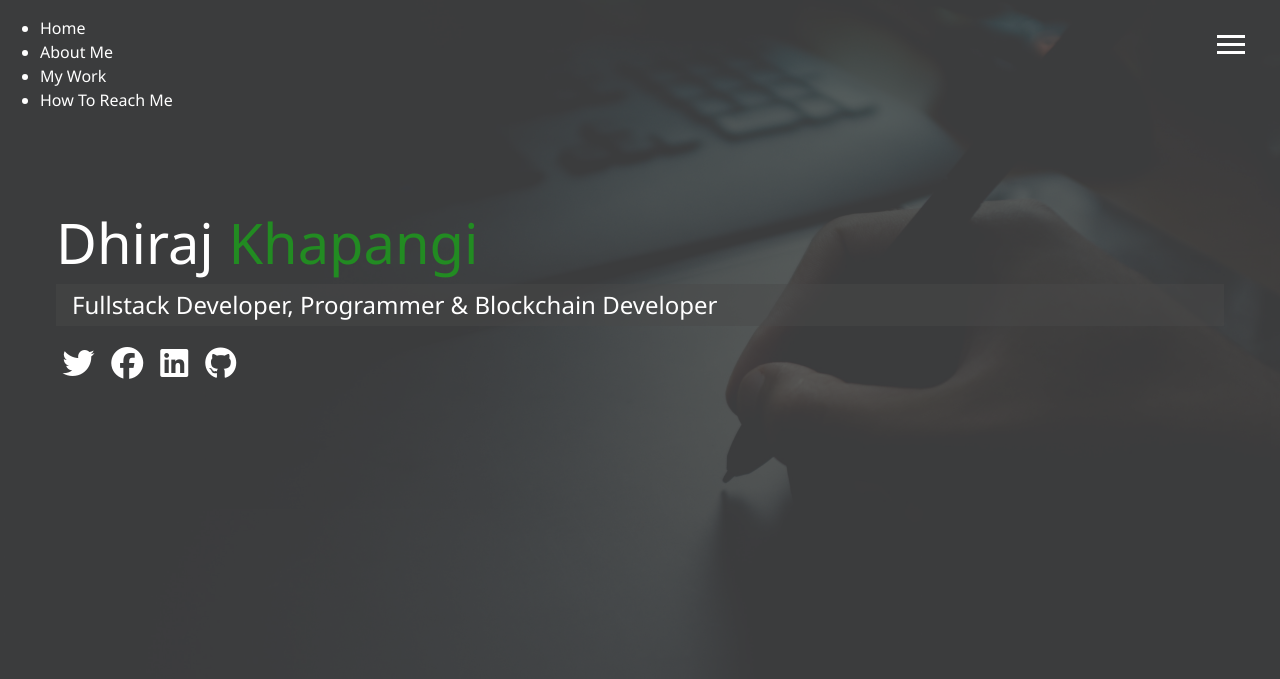
Repository: dhiraj13/modern_portfolio
Page: dist/index.html
An editor plug-in stored every save of this project. The page is shown before and after the next save, followed by the edit.
The browser window is 1280 px wide. The pictures show the whole page.
Some web libraries are served in a nearby version. The style sheet was rebuilt from its Sass, Less or Tailwind sources for each picture, by a compiler version that may differ from the author's.

Above is the page before, as saved 2020-02-01 19:13:18.

### dist/index.html
<!DOCTYPE html>
<html lang="en">
	<head>
		<meta charset="UTF-8" />
		<meta name="viewport" content="width=device-width, initial-scale=1.0" />
		<meta http-equiv="X-UA-Compatible" content="ie=edge" />
		<link rel="stylesheet" href="css/main.css" />
		<script
			src="https://kit.fontawesome.com/48fd9e03c9.js"
			crossorigin="anonymous"
		></script>
		<title>Welcome To My Portfolio</title>
	</head>
	<body id="bg-img">
		<header>
			<div class="menu-btn">
				<div class="btn-line"></div>
				<div class="btn-line"></div>
				<div class="btn-line"></div>
			</div>

			<nav class="menu">
				<div class="menu-branding">
					<div class="portrait"></div>
				</div>
				<ul class="menu-nav">
					<li class="nav-item">
						<a href="/" class="nav-link">
							Home
						</a>
					</li>
					<li class="nav-item">
						<a href="/about.html" class="nav-link">
							About Me
						</a>
					</li>
					<li class="nav-item">
						<a href="/work.html" class="nav-link">
							My Work
						</a>
					</li>
					<li class="nav-item">
						<a href="/contact.html" class="nav-link">
							How To Reach Me
						</a>
					</li>
				</ul>
			</nav>
		</header>

		<main id="home">
			<h1 class="lg-heading">
				Dhiraj <span class="text-secondary">Khapangi</span>
			</h1>
			<h2 class="sm-heading">
				Fullstack Developer, Programmer & Blockchain Developer
			</h2>
			<div class="icons">
				<a href="#!">
					<i class="fab fa-twitter fa-2x"></i>
				</a>
				<a href="#!">
					<i class="fab fa-facebook fa-2x"></i>
				</a>
				<a href="#!">
					<i class="fab fa-linkedin fa-2x"></i>
				</a>
				<a href="#!">
					<i class="fab fa-github fa-2x"></i>
				</a>
			</div>
		</main>
		<script src="js/main.js"></script>
	</body>
</html>

### dist/js/main.js
// Select DOM Items
const menuBtn = document.querySelector('.menu-btn');
const menu = document.querySelector('.menu');
const menuBranding = document.querySelector('.menu-branding');
const menuNav = document.querySelector('.menu-nav');
const navItems = document.querySelectorAll('.nav-item');

// Set Initial State Of Menu
let showMenu = false;

menuBtn.addEventListener('click', toggleMenu);

function toggleMenu() {
	if (!showMenu) {
		menuBtn.classList.add('close');
		menu.classList.add('show');
		menuBranding.classList.add('show');
		menuNav.classList.add('show');
		navItems.forEach(item => item.classList.add('show'));

		// Set Menu State
		showMenu = true;
	} else {
		menuBtn.classList.remove('close');
		menu.classList.remove('show');
		menuBranding.classList.remove('show');
		menuNav.classList.remove('show');
		navItems.forEach(item => item.classList.remove('show'));

		// Set Menu State
		showMenu = false;
	}
}

### scss/main.scss
@import 'config';
@import 'menu';

* {
	box-sizing: border-box;
}

body {
	@include background;
	background: $primary-color;
	color: #fff;
	height: 100%;
	margin: 0;
	font-family: 'Segoe UI', Tahoma, Geneva, Verdana, sans-serif;
	line-height: 1.5;
}

// Headings
h1,
h2,
h3 {
	margin: 0;
	font-weight: 400;

	&.lg-heading {
		font-size: 3.5rem;
	}

	&.sm-heading {
		margin-bottom: 1.3rem;
		padding: 0.2rem 1rem;
		background: rgba(lighten($primary-color, 2), 0.5);
	}
}

a {
	color: #fff;
	text-decoration: none;
}

header {
	position: fixed;
	z-index: 2;
	width: 100%;
}

.text-secondary {
	color: $secondary-color;
}

main {
	padding: 3.5rem;
	height: 100%;

	.icons {
		margin-top: 1rem;

		a {
			padding: 0.4rem;

			&:hover {
				color: $secondary-color;
				@include easeOut();
			}
		}
	}

	&#home {
		overflow: hidden;
		h1 {
			margin-top: 20vh;
		}
	}
}

### scss/_config.scss
$primary-color: #444;
$secondary-color: #228b22;
$show-home-image: true;
$home-image: url(../img/background.jpg);
$background-opacity: 0.8;

@mixin easeOut {
	transition: all 0.5s ease-out;
}

@mixin background {
	@if $show-home-image {
		&#bg-img {
			background: $home-image;
			background-attachment: fixed;
			background-size: cover;

			&:after {
				content: '';
				position: absolute;
				top: 0;
				right: 0;
				width: 100%;
				height: 100%;
				z-index: -1;
				background: rgba($primary-color, $background-opacity);
			}
		}
	}
}

### scss/_menu.scss
// Menu Button
.menu-btn {
	position: absolute;
	z-index: 3;
	right: 35px;
	top: 35px;
	cursor: pointer;
	@include easeOut;

	.btn-line {
		width: 28px;
		height: 3px;
		margin: 0 0 5px 0;
		background: #fff;
		@include easeOut;
	}

	// Rotate Into X With Menu Lines
	&.close {
		transform: rotate(180deg);

		.btn-line {
			// Line 1 - Rotate
			&:nth-child(1) {
				transform: rotate(45deg) translate(5px, 5px);
				background: $secondary-color;
			}

			// Line 2 - Hide
			&:nth-child(2) {
				opacity: 0;
			}

			// Line 3 - Rotate
			&:nth-child(3) {
				transform: rotate(-45deg) translate(7px, -6px);
				background: $secondary-color;
			}
		}
	}
}

After the next save:
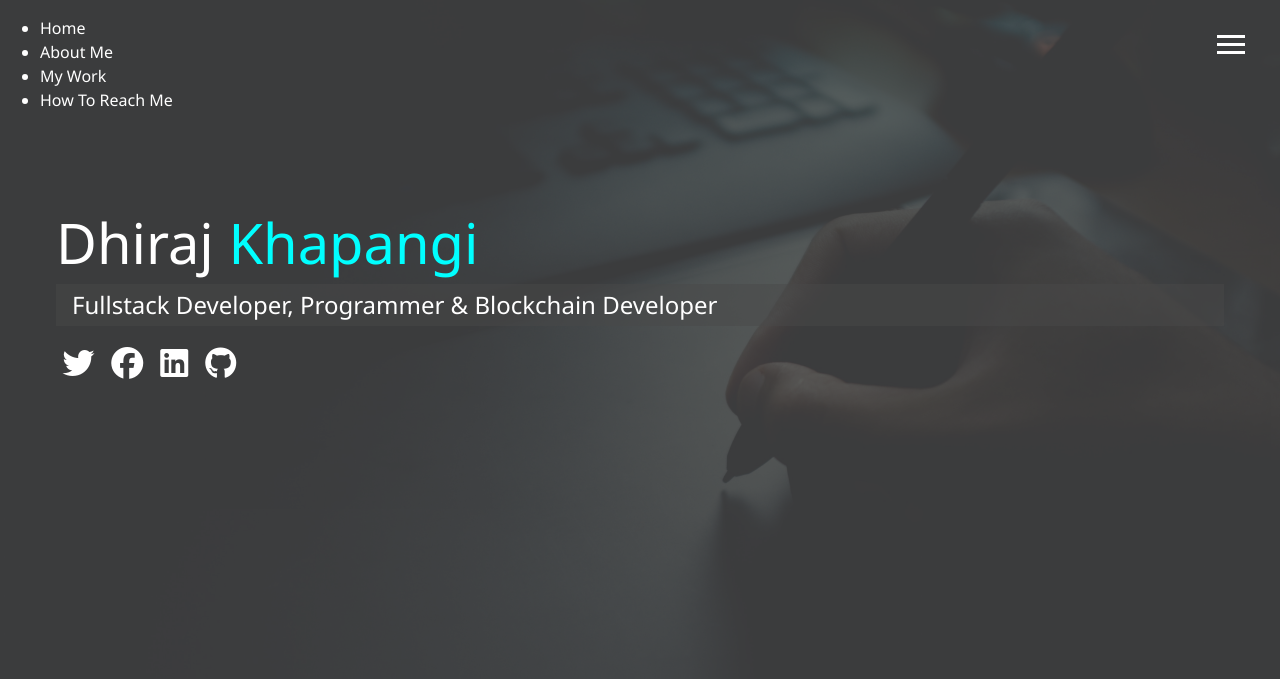
Saved 12 s later.
--- a/scss/_config.scss
+++ b/scss/_config.scss
@@ -1,5 +1,5 @@
 $primary-color: #444;
-$secondary-color: #228b22;
+$secondary-color: #0ff;
 $show-home-image: true;
 $home-image: url(../img/background.jpg);
 $background-opacity: 0.8;
